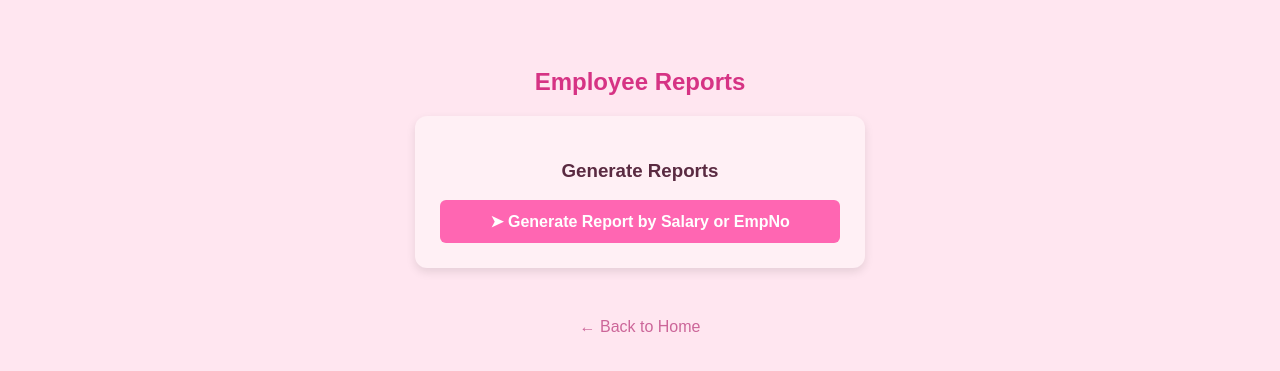
Repository: KUSUMA-74/Advance-JavaProject
Page: http://localhost/EmployeeWebApp/reports.jsp
These files come from the project's save history. The page is drawn as it stood at one moment and after the next save; the edit follows.
The browser window is 1280 px wide. The pictures show the whole page.
The page is served by Tomcat 9. Other server files are loaded and not shown.

Above is the page before, as saved 2025-05-30 15:28:52.

### EmployeeWebApp/src/main/webapp/reports.jsp
<%@ page contentType="text/html;charset=UTF-8" language="java" %>
<!DOCTYPE html>
<html>
<head>
    <title>Employee Reports</title>
    <style>
        body {
            background-color: #ffe6f0;
            font-family: Arial, sans-serif;
            padding: 40px;
            color: #5a2a41;
            display: flex;
            flex-direction: column;
            align-items: center;
        }
        h2 {
            color: #d63384;
        }
        .card {
            background-color: #fff0f5;
            padding: 25px;
            border-radius: 12px;
            box-shadow: 0 4px 10px rgba(0,0,0,0.1);
            width: 400px;
            margin-bottom: 20px;
            text-align: center;
        }
        .card a {
            display: block;
            padding: 12px;
            margin-top: 10px;
            background-color: #ff66b2;
            color: white;
            text-decoration: none;
            font-weight: bold;
            border-radius: 6px;
            transition: background-color 0.3s ease;
        }
        .card a:hover {
            background-color: #e05599;
        }
        .back {
            margin-top: 30px;
            color: #cc6699;
            text-decoration: none;
        }
    </style>
</head>
<body>
    <h2>Employee Reports</h2>

    <div class="card">
        <h3>Generate Reports</h3>
        <a href="report_form.jsp">➤ Generate Report by Salary or EmpNo</a>
    </div>

    <a class="back" href="index.jsp">← Back to Home</a>
</body>
</html>

After the next save:
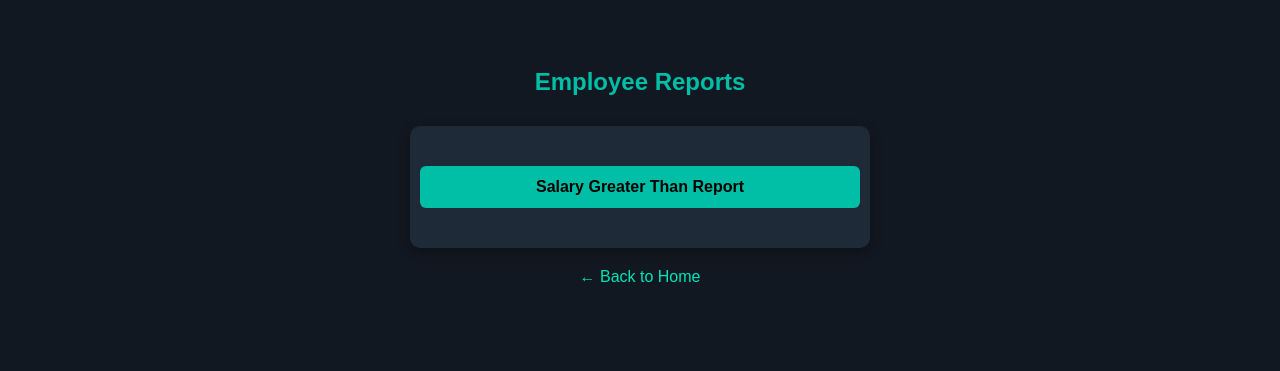
Saved 3 min 32 s later.
--- a/EmployeeWebApp/src/main/webapp/reports.jsp
+++ b/EmployeeWebApp/src/main/webapp/reports.jsp
@@ -5,43 +5,46 @@
     <title>Employee Reports</title>
     <style>
         body {
-            background-color: #ffe6f0;
+            background-color: #121821;
+            color: #e0e6e9;
             font-family: Arial, sans-serif;
             padding: 40px;
-            color: #5a2a41;
             display: flex;
             flex-direction: column;
             align-items: center;
         }
         h2 {
-            color: #d63384;
+            color: #00bfa6;
+            margin-bottom: 30px;
         }
         .card {
-            background-color: #fff0f5;
-            padding: 25px;
-            border-radius: 12px;
-            box-shadow: 0 4px 10px rgba(0,0,0,0.1);
+            background-color: #1e2a38;
             width: 400px;
-            margin-bottom: 20px;
+            padding: 30px;
+            border-radius: 10px;
+            box-shadow: 0 4px 12px rgba(0,0,0,0.3);
+            display: flex;
+            flex-direction: column;
+            align-items: center;
+        }
+        .report-link {
+            display: block;
+            background-color: #00bfa6;
+            color: black;
             text-align: center;
+            text-decoration: none;
+            padding: 12px 20px;
+            border-radius: 6px;
+            font-weight: bold;
+            margin: 10px 0;
+            width: 100%;
         }
-        .card a {
-            display: block;
-            padding: 12px;
-            margin-top: 10px;
-            background-color: #ff66b2;
-            color: white;
-            text-decoration: none;
-            font-weight: bold;
-            border-radius: 6px;
-            transition: background-color 0.3s ease;
+        .report-link:hover {
+            background-color: #00e6b8;
         }
-        .card a:hover {
-            background-color: #e05599;
-        }
-        .back {
-            margin-top: 30px;
-            color: #cc6699;
+        a.back {
+            margin-top: 20px;
+            color: #00e6b8;
             text-decoration: none;
         }
     </style>
@@ -50,8 +53,9 @@
     <h2>Employee Reports</h2>
 
     <div class="card">
-        <h3>Generate Reports</h3>
-        <a href="report_form.jsp">➤ Generate Report by Salary or EmpNo</a>
+        <a class="report-link" href="report_form.jsp">Salary Greater Than Report</a>
+        <!-- You can add more report links below as needed -->
+        <!-- <a class="report-link" href="another_report.jsp">Another Report</a> -->
     </div>
 
     <a class="back" href="index.jsp">← Back to Home</a>
